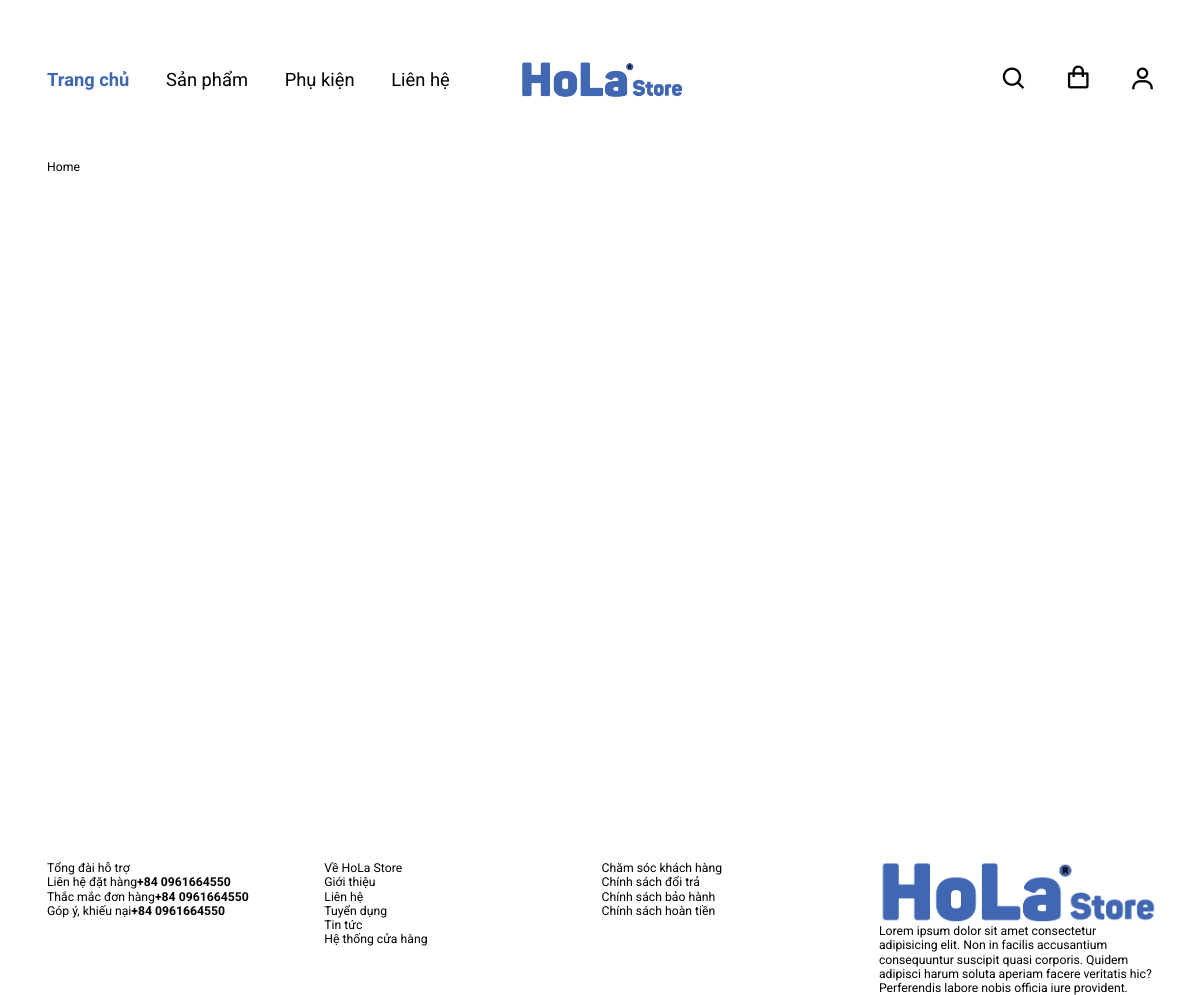
Repository: eric-nguyen-fe/Hola-ecommerce
Page: /
An editor plug-in stored every save of this project. The page is shown before and after the next save, followed by the edit.
The browser window is 1280 px wide. The pictures show the whole page, at 94% of full size.
The project was rebuilt for these pictures with package versions that can differ from the ones it lists, and the page was loaded fresh each time. Also part of the build but not shown: src/pages/Catalog.jsx, src/pages/Cart.jsx, src/pages/Product.jsx.

Above is the page before, as saved 2021-12-08 19:08:43.

After the next save:
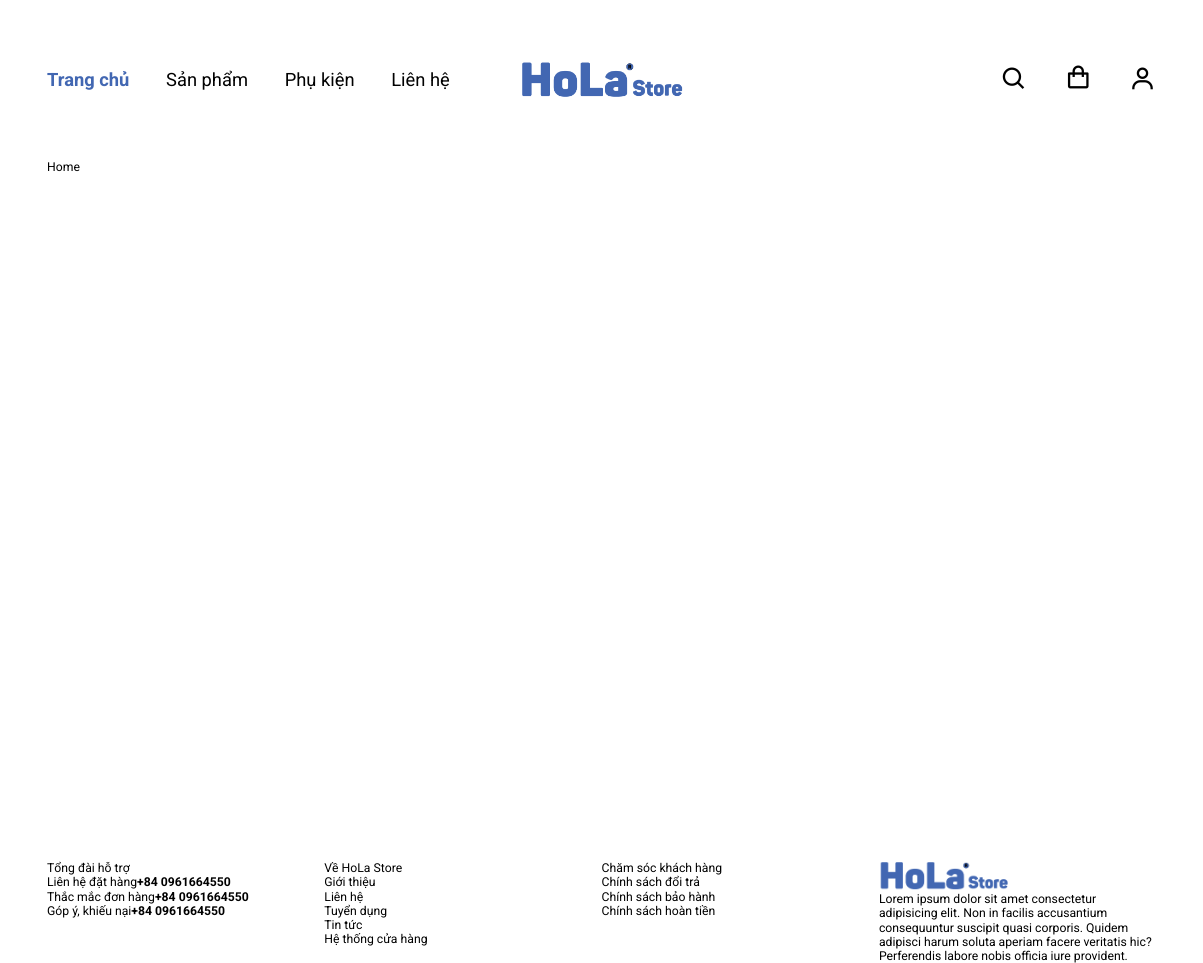
Saved 32 s later.
--- a/src/scss/components/_footer.scss
+++ b/src/scss/components/_footer.scss
@@ -2,4 +2,8 @@
     padding: 70px 0;
     box-shadow: $box-shadow;
     font-size: 1.1rem;
+
+    &__logo {
+        height: 30px;
+    }
 }
